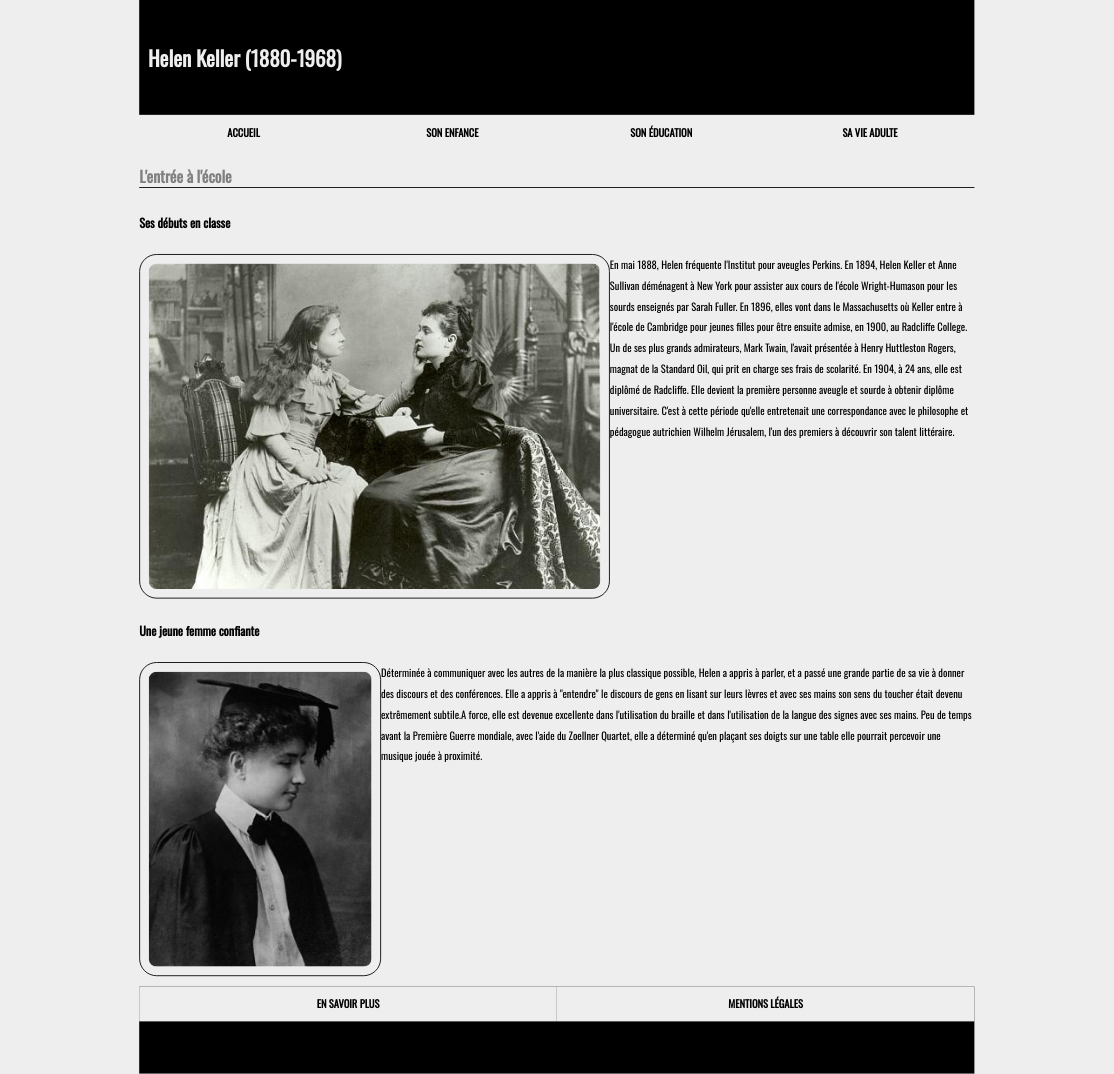
Repository: Luc010/Exercices
Page: HTML CSS/biographie_helen_keller/education.html
An editor plug-in stored every save of this project. The page is shown before and after a run of saves, followed by the edit.
The browser window is 1280 px wide. The pictures show the whole page, at 87% of full size.

Above is the page before, as saved 2019-09-04 16:41:06.

After the next 6 saves:
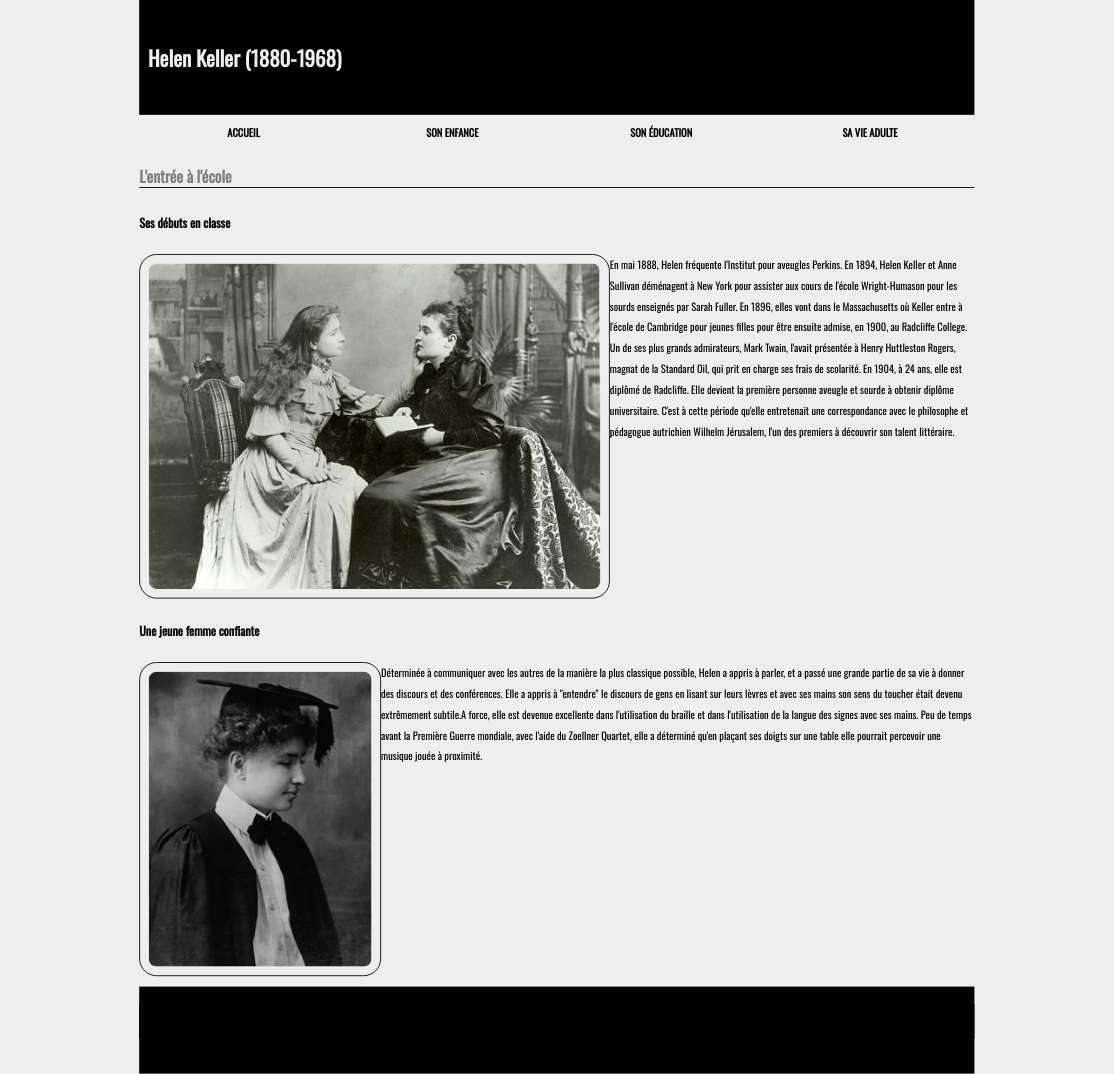
The 6 saves are shown as one change because they came seconds apart.
The last was saved 13 s later.
--- a/HTML CSS/biographie_helen_keller/education.html
+++ b/HTML CSS/biographie_helen_keller/education.html
@@ -61,13 +61,14 @@
         </div>
     </main>
     <footer>
-        <div class="container">
-            <!-- ul>li*5>a{lien$} -->
-            <ul>
-                <li><a href="savoirplus.html">En savoir plus</a></li>
-                <li><a href="mentions.html">Mentions légales</a></li>
-            </ul>
-        </div>
-    </footer>
+        <footer>
+            <div class="container">
+                <!-- ul>li*5>a{lien$} -->
+                <ul>
+                    <li class="m-foot"><a href="savoirplus.html">En savoir plus</a></li>
+                    <li class="m-foot"><a href="mentions.html">Mentions légales</a></li>
+                </ul>
+            </div>
+        </footer>
 </body>
 </html>
